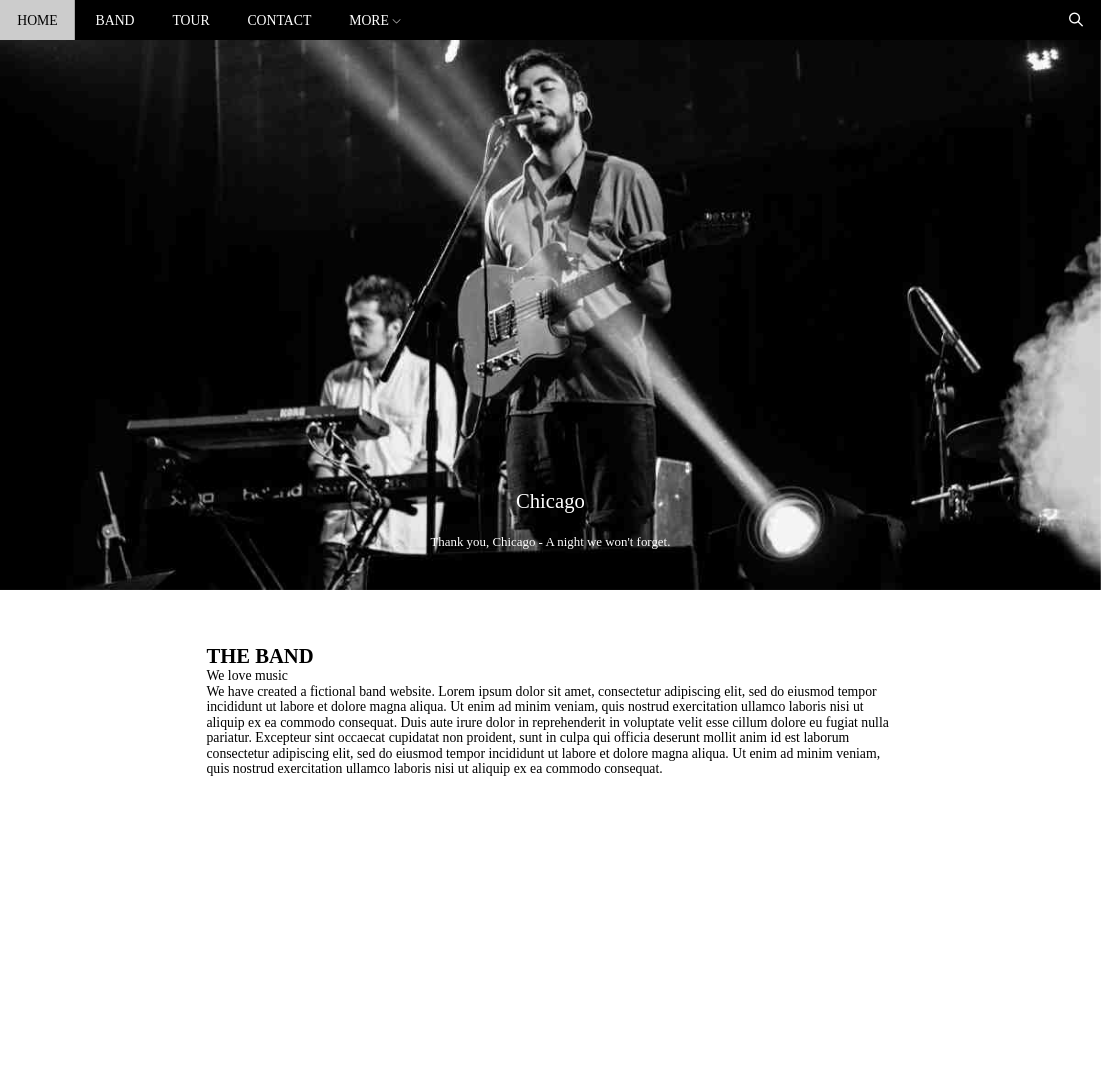
Repository: Dino0411/Dino0411.github.io
Page: index.html
The author's editor kept a copy of each file at every save. The page is drawn from the files as they stood at one save, then again after the next save.
The browser window is 1280 px wide. The pictures show the whole page, at 86% of full size.

Above is the page before, as saved 2021-10-04 11:39:53.

### index.html
<!DOCTYPE html>
<html lang="en">
<head>
    <meta charset="UTF-8">
    <meta http-equiv="X-UA-Compatible" content="IE=edge">
    <meta name="viewport" content="width=device-width, initial-scale=1.0">
    <link rel="stylesheet" href="./assets/css/style.css">
    <link rel="stylesheet" href="./assets/fonts/themify-icons/themify-icons.css">
    <title>Document</title>
</head>
<body>
    <div id="main">
        <!-- TODO:header -->
        <div id="header">
            <!-- TODO:begin nav -->
            <ul id="nav">
                <li><a href="">Home</a></li>
                <li><a href="">Band</a></li>
                <li><a href="">Tour</a></li>
                <li><a href="">Contact</a></li>
                <li>
                    <a href="">
                        More
                        <i class="nav-arrow-down ti-angle-down"></i>
                    </a>
                    <ul class="subnav">
                        <li><a href="">Merchandise</a></li>
                        <li><a href="">Extras</a></li>
                        <li><a href="">Media</a></li>
                    </ul>
                </li>
            </ul>
            <!-- TODO:end nav -->

            <!-- TODO:begin search -->
            <div class="search-bth">
                <i class="search-icon  ti-search"></i>
            </div>
            <!-- TODO:end search -->
        </div>
        <!-- TODO:slider -->
        <div id="slider">
            <div class="text-content">
                <h2 class="text-heading">Chicago</h2>
                <div class="text-description">Thank you, Chicago - A night we won't forget.</div>
            </div>
        </div>
        <!-- TODO:content -->
        <div id="content">
            <div class="content-session">
                <h2 class="session-heading">THE BAND</h2>
                <p class="session-sub-heading">We love music</p>
                <p class="about-text">We have created a fictional band website. Lorem ipsum dolor sit amet, consectetur adipiscing elit, sed do eiusmod tempor incididunt ut labore et dolore magna aliqua. Ut enim ad minim veniam, quis nostrud exercitation ullamco laboris nisi ut aliquip ex ea commodo consequat. Duis aute irure dolor in reprehenderit in voluptate velit esse cillum dolore eu fugiat nulla pariatur. Excepteur sint occaecat cupidatat non proident, sunt in culpa qui officia deserunt mollit anim id est laborum consectetur adipiscing elit, sed do eiusmod tempor incididunt ut labore et dolore magna aliqua. Ut enim ad minim veniam, quis nostrud exercitation ullamco laboris nisi ut aliquip ex ea commodo consequat.</p>
            </div>
            <div class="content-session"></div>
            <div class="content-session"></div>
        </div>
        <!-- TODO:footer -->
        <div id="footer">

        </div>
    </div>
</body>
</html>

### assets/css/style.css
/* ! reser css
    ! Emmet(p0;m0)
*/
* {
  margin: 0;
  padding: 0;
  box-sizing: border-box;
}

html {
  font-family: cursive;
}
/* TODO:start
TODO: từ ngoài vào trong
TODO: từ trên xuống dưới
TODO:tổng quan đến chi tiết
*/

/*
? vị trí
? kích thước(width,height)
? màu sắc
? kiểu dáng(kiểu chữ,...)
*/
#main {
}
#header {
  position: fixed;
  top: 0;
  left: 0;
  right: 0;
  height: 47px;
  background-color: #000;
  z-index: 2;
}
#nav {
  display: inline-block;
}
#nav,
.subnav {
  list-style: none;
}
#nav > li {
  display: inline-block;
  position: relative;
}
#nav > li > a {
  color: #fff;
  text-transform: uppercase;
}
#nav li a {
  text-decoration: none;
  padding: 0px 20px;
  line-height: 47px;
}
#nav li:hover .subnav {
  display: block;
}
#nav > li:hover > a,
#nav .subnav a:hover {
  color: #000;
  background-color: #ccc;
  display: block;
}
#nav .subnav {
  display: none;
  position: absolute;
  top: 100%;
  left: 0;
  min-width: 160px;
  background-color: #fff;
  box-shadow: rgba(100, 100, 111, 0.5) 0px 7px 29px 0px;
}
#nav .subnav a {
  color: #000;
  padding: 0 12px;
  line-height: 40px;
}
#nav .nav-arrow-down {
  font-size: 10px;
}
#header .search-bth {
  float: right;
  padding: 0 21px;
}
#header .search-bth:hover {
  background-color: #f44336;
}
#header .search-icon {
  color: #fff;
  font-size: 16px;
  line-height: 46px;
  font-weight: 1000;
}
#slider {
  position: relative;
  margin-top: 46px;
  padding-top: 50%;
  background: url("/assets/img/slider/slider1.jpg") top center / cover no-repeat;
}
#slider .text-content {
  position: absolute;
  color: #fff;
  bottom: 47px;
  width: 100%;
  text-align: center;
}
#slider .text-heading {
  font-weight: 500;
  font-size: 24px;
}
#slider .text-description {
  font-size: 15px;
  margin-top: 25px;
}
#content {
}
#content .content-session {
  width: 800px;
  padding: 64px 0px;
  margin-left: auto;
  margin-right: auto;
}
#footer {
}

Loaded but not shown: assets/fonts/themify-icons/themify-icons.css (common file)

After the next save:
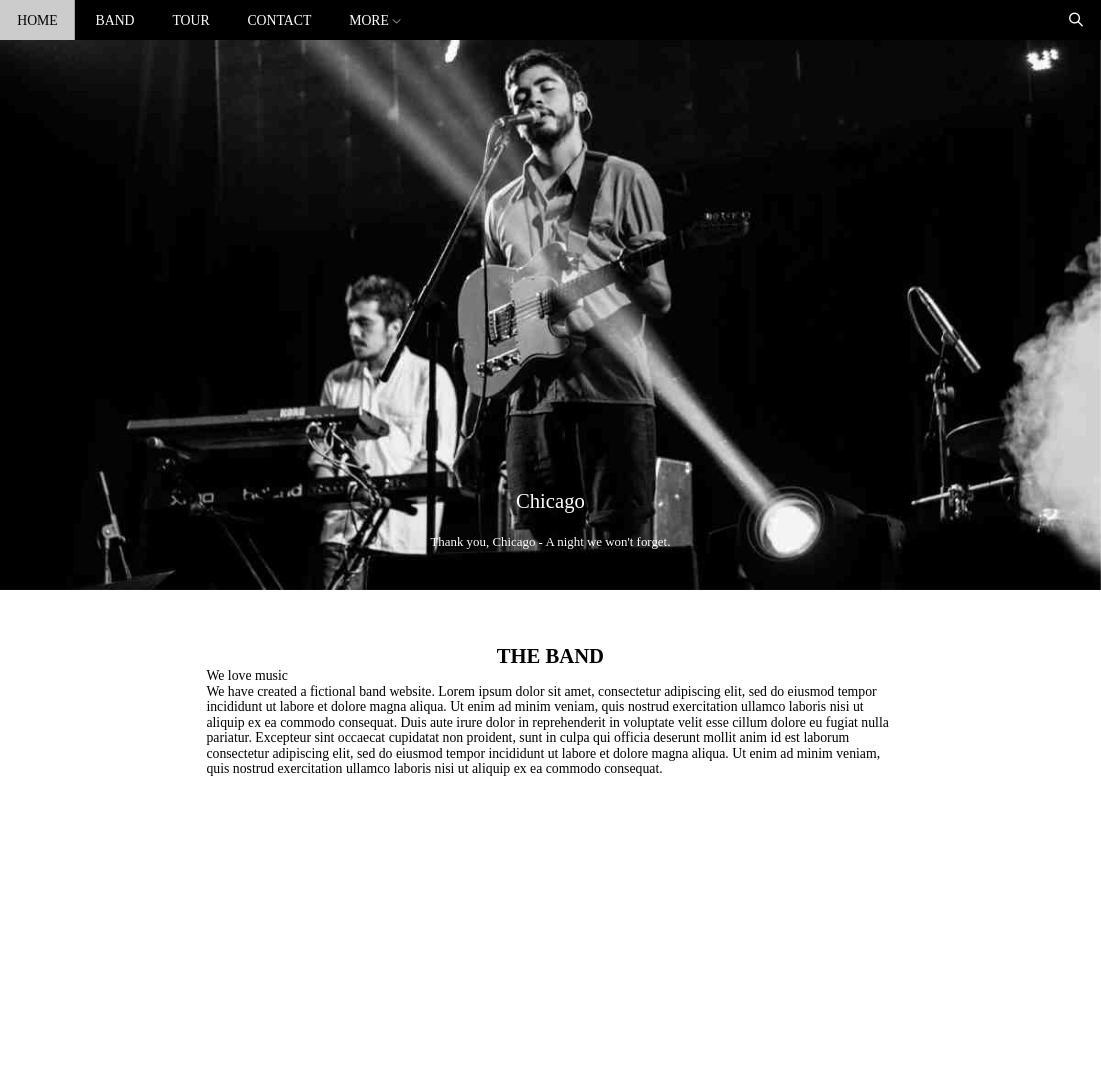
Saved 78 s later.
--- a/assets/css/style.css
+++ b/assets/css/style.css
@@ -121,5 +121,8 @@
   margin-left: auto;
   margin-right: auto;
 }
+#content .session-heading {
+  text-align: center;
+}
 #footer {
 }
